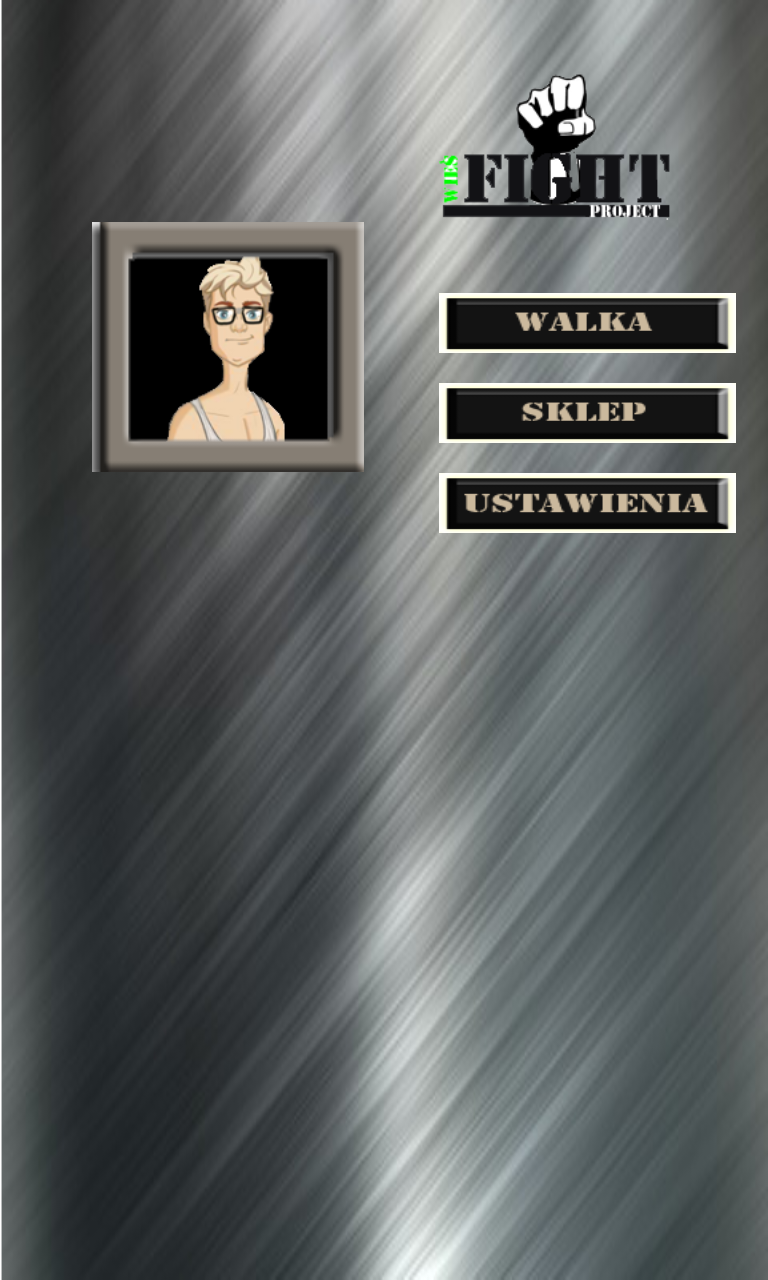
Repository: KrzysztofWolinski/WiesFight_Project
Layout: WiesFight/res/layout/activity_main.xml
An editor plug-in stored every save of this project. The layout is shown before and after the next save, followed by the edit.
It is drawn on a 768 x 1280 px phone screen (xhdpi) without system bars, with theme AppTheme; the app's code is not run.

Above is the layout before, as saved 2014-11-12 18:56:08.

### WiesFight/res/layout/activity_main.xml
<RelativeLayout xmlns:android="http://schemas.android.com/apk/res/android"
    xmlns:tools="http://schemas.android.com/tools"
    android:layout_width="match_parent"
    android:layout_height="match_parent"
    android:background="@drawable/bg"
    android:paddingBottom="@dimen/activity_vertical_margin"
    android:paddingLeft="@dimen/activity_horizontal_margin"
    android:paddingRight="@dimen/activity_horizontal_margin"
    android:paddingTop="@dimen/activity_vertical_margin"
    tools:context="com.wiesfight.activities.MainActivity" >

    <ImageView
        android:id="@+id/imgLogo"
        android:layout_width="wrap_content"
        android:layout_height="wrap_content"
        android:layout_alignParentRight="true"
        android:layout_alignParentTop="true"
        android:layout_marginTop="20dp"
        android:layout_marginRight="30dp"
        android:background="@android:color/transparent"
        android:contentDescription="@string/logo"
        android:src="@drawable/logo" />

    <Button
        android:id="@+id/btnShop"
        android:layout_width="150dp"
        android:layout_height="30dp"
        android:layout_alignLeft="@+id/btnFight"
        android:layout_below="@+id/btnFight"
        android:layout_marginTop="15dp"
        android:onClick="goToShop"
        android:background="@drawable/sklep" />

    <Button
        android:id="@+id/btnSettings"
        android:layout_width="150dp"
        android:layout_height="30dp"
        android:layout_alignLeft="@+id/btnShop"
        android:layout_below="@+id/btnShop"
        android:layout_marginTop="15dp"
        android:onClick="goToSettings"
        android:background="@drawable/ustawienia" />

    <Button
        android:id="@+id/btnFight"
        android:layout_width="150dp"
        android:layout_height="30dp"
        android:layout_alignLeft="@+id/imgLogo"
        android:layout_below="@+id/imgLogo"
        android:layout_marginTop="36dp"
        android:background="@drawable/walka"
        android:onClick="goToFight" />

    <LinearLayout
        android:layout_width="wrap_content"
        android:layout_height="wrap_content"
        android:layout_alignTop="@+id/imgLogo"
        android:orientation="vertical"
        android:layout_marginLeft="30dp" >

    <TextView
        android:id="@+id/lblCoins"
        android:layout_width="fill_parent"
        android:layout_height="wrap_content"
        android:gravity="center_horizontal"
        android:textAppearance="?android:attr/textAppearanceLarge"
        android:textColor="@android:color/holo_orange_light" />

     <FrameLayout
        android:id="@+id/layoutAvatar"
	    android:layout_width="136dp"
	    android:layout_height="136dp"
        android:layout_marginTop="40dp" >

	    <ImageView
	        android:id="@+id/imgAvatarMain"
	        android:layout_width="fill_parent"
	        android:layout_height="wrap_content"
	        android:contentDescription="@string/avatar"
	        android:src="@drawable/informatyk"
	        android:layout_gravity="center" />

	    <ImageView
	        android:id="@+id/imgFrame"
	        android:layout_width="fill_parent"
	        android:layout_height="fill_parent"
	        android:contentDescription="@string/ramka"
	        android:src="@drawable/ramka" />

    </FrameLayout>

    <TextView
        android:id="@+id/lblUsername"
        android:layout_width="fill_parent"
        android:layout_height="wrap_content"
        android:gravity="center"
        android:textAppearance="?android:attr/textAppearanceLarge"
        android:textColor="@android:color/white" />
    </LinearLayout>

</RelativeLayout>

### WiesFight/res/values/strings.xml
<?xml version="1.0" encoding="utf-8"?>
<resources xmlns:android="http://schemas.android.com/apk/res/android">

    <string name="app_name">WiesFight</string>
    <string name="hello_world">Hello world!</string>
    <string name="action_settings">Settings</string>
    <string name="title_activity_posts">PostsActivity</string>
    <string name="title_activity_login">LoginActivity</string>
    <string name="logo">logo</string>
    <string name="wybierz">wybierz</string>
    <string name="walka">walka</string>
    <string name="sklep">sklep</string>
    <string name="ustawienia">ustawienia</string>
    <string name="title_activity_fight">FightActivity</string>
    <string name="title_activity_shop">ShopActivity</string>
    <string name="title_activity_settings">SettingsActivity</string>
    <string name="nickHint">Podaj nick</string>
    <string name="avatar">avatar</string>
    <string name="lewy">lewy</string>
    <string name="prawy">prawy</string>
    <string name="ramka">ramka</string>
    <string name="desc">obrazek</string>
    <string name="yes">Tak</string>
    <string name="no">Nie</string>
    <string name="ok">OK</string>
    <string name="instruction">tutaj instrukcja jak grać</string>
    <string name="noInternetConnection">Połącz się z internetem i spróbuj ponownie.</string>
    <string name="confirmExit">Czy na pewno chcesz wyjść z gry?</string>
    <string name="confirmDelete">Czy na pewno chcesz usunąć postać?</string>
    <string name="title_activity_start">StartActivity</string>

</resources>

Loaded but not shown: WiesFight/res/values/styles.xml (common file); WiesFight/res/values-v11/styles.xml (common file); WiesFight/res/values-v14/styles.xml (common file); WiesFight/res/values/dimens.xml (common file); WiesFight/res/values-w820dp/dimens.xml (common file)

After the next save:
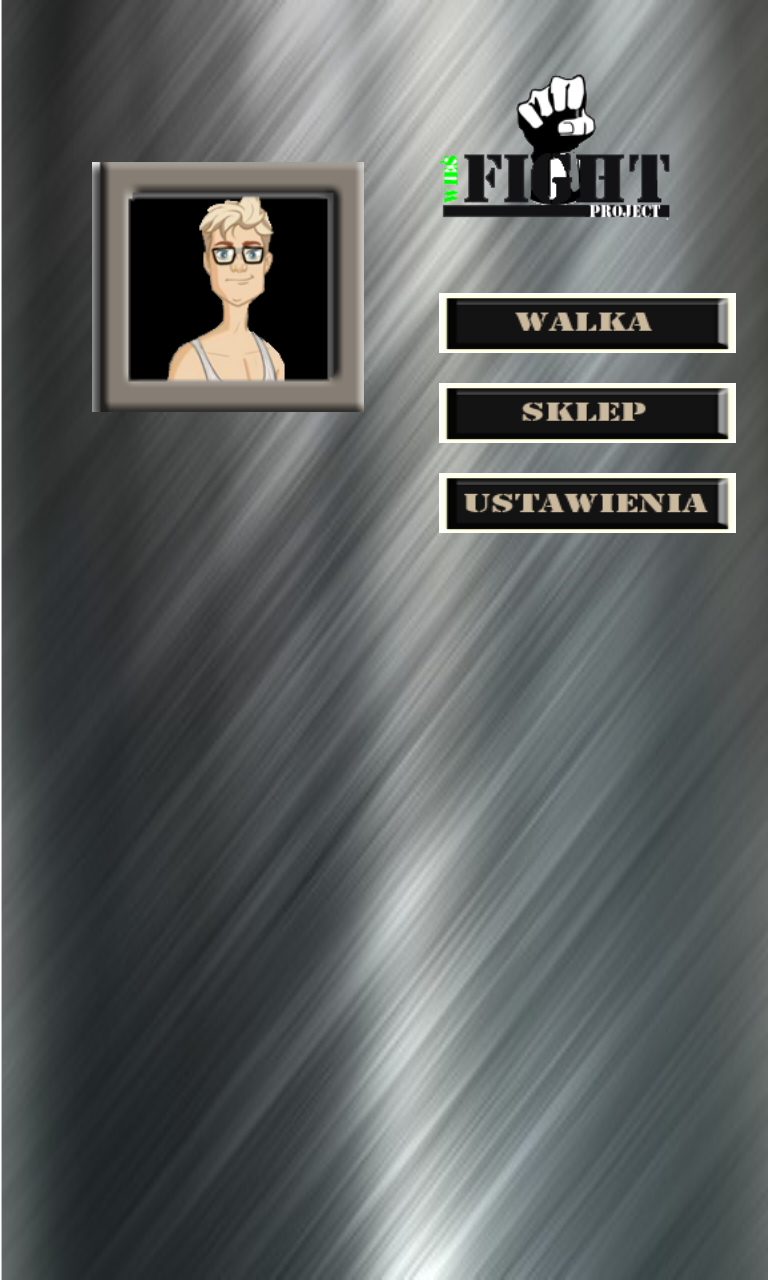
Saved 61 s later.
--- a/WiesFight/res/layout/activity_main.xml
+++ b/WiesFight/res/layout/activity_main.xml
@@ -70,7 +70,7 @@
         android:id="@+id/layoutAvatar"
 	    android:layout_width="136dp"
 	    android:layout_height="136dp"
-        android:layout_marginTop="40dp" >
+        android:layout_marginTop="10dp" >
 
 	    <ImageView
 	        android:id="@+id/imgAvatarMain"
@@ -96,6 +96,15 @@
         android:gravity="center"
         android:textAppearance="?android:attr/textAppearanceLarge"
         android:textColor="@android:color/white" />
+
+
+    <TextView
+        android:id="@+id/lblLevel"
+        android:layout_width="fill_parent"
+        android:layout_height="wrap_content"
+        android:gravity="center"
+        android:textAppearance="?android:attr/textAppearanceLarge"
+        android:textColor="@android:color/white" />
     </LinearLayout>
 
 </RelativeLayout>
